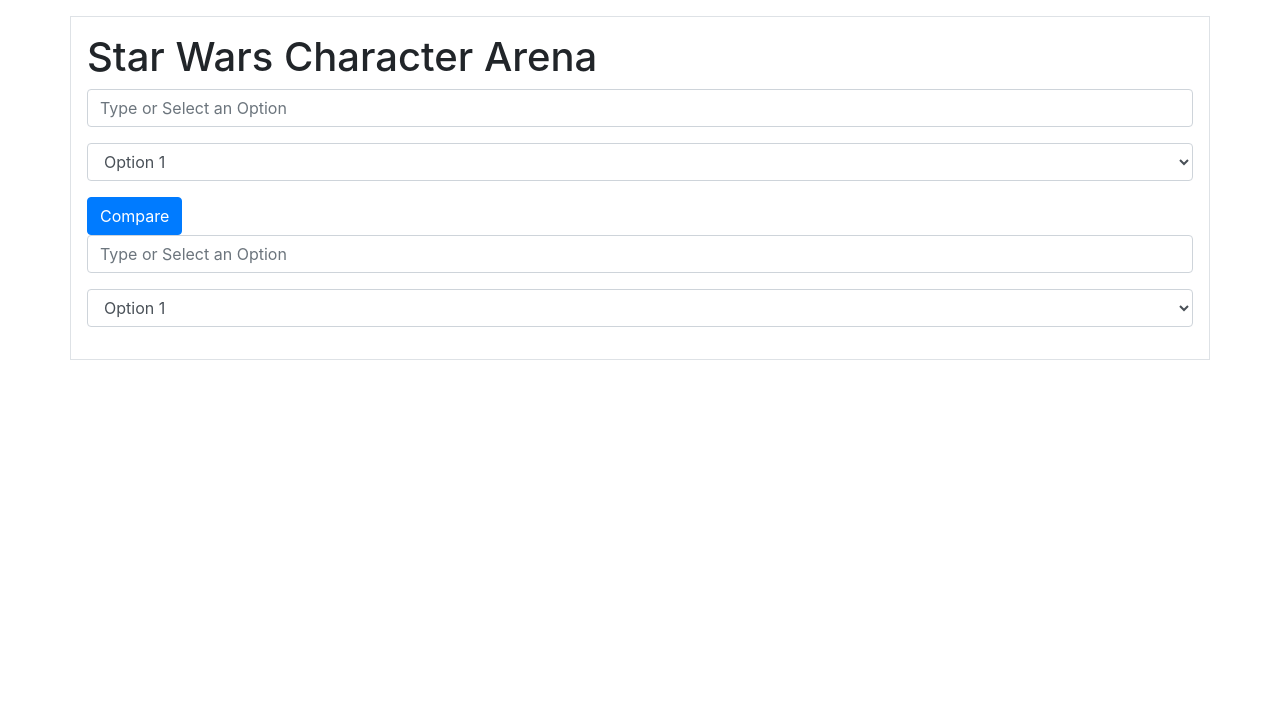
Repository: At-tricks/SW_Character_Arena
Page: client/index.html
The author's editor kept a copy of each file at every save. The page is drawn from the files as they stood at one save, then again after the next save.
The browser window is 1280 px wide. The pictures show the whole page.

Above is the page before, as saved 2023-10-27 02:05:10.

After the next save:
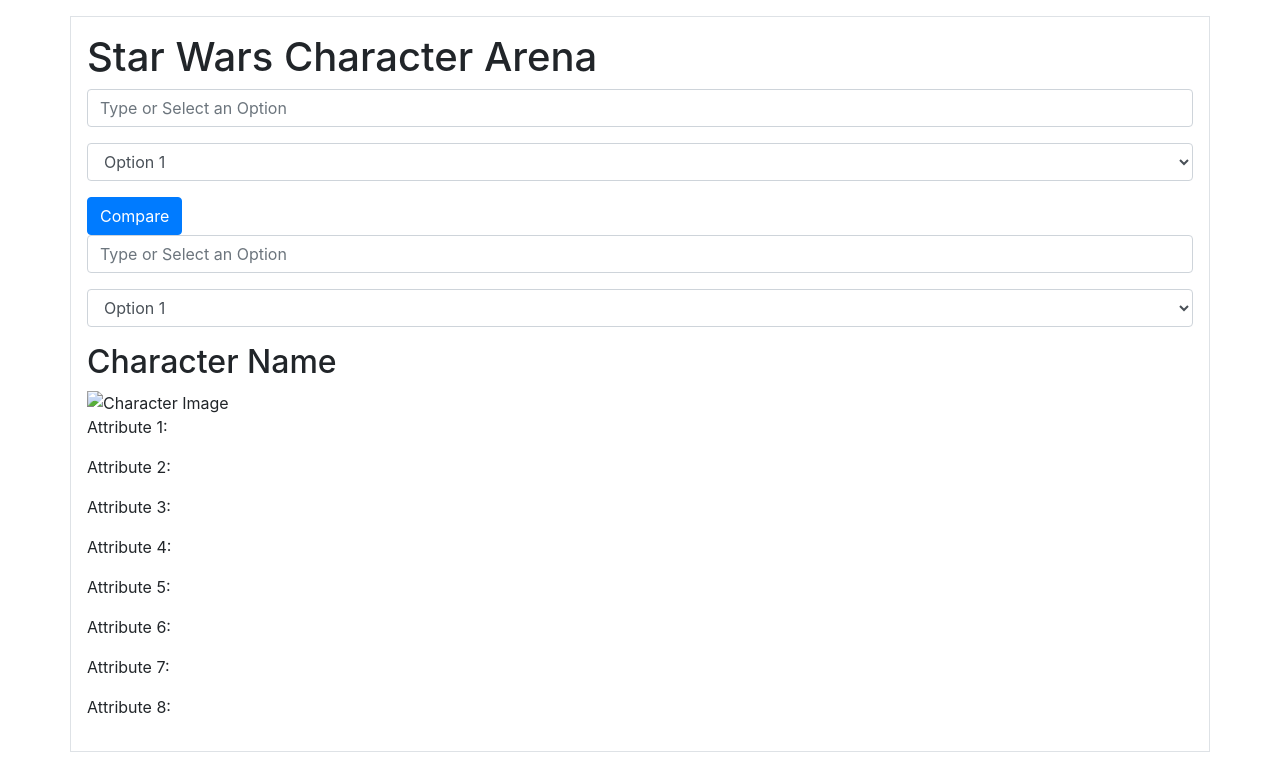
Saved 8 min 30 s later.
--- a/client/index.html
+++ b/client/index.html
@@ -43,7 +43,16 @@
 
         <div id="characters">
             <div id="charcter1">
-                <h2></h2>
+                <h2 id="character1Name">Character Name</h2>
+                <img id="character1Image" src="" alt="Character Image" class="img-fluid">
+                <p id="character1Attribute1">Attribute 1: </p>
+                <p id="character1Attribute2">Attribute 2: </p>
+                <p id="character1Attribute3">Attribute 3: </p>
+                <p id="character1Attribute4">Attribute 4: </p>
+                <p id="character1Attribute5">Attribute 5: </p>
+                <p id="character1Attribute6">Attribute 6: </p>
+                <p id="character1Attribute7">Attribute 7: </p>
+                <p id="character1Attribute8">Attribute 8: </p>
             </div>
 
             <div id="charcter2">
